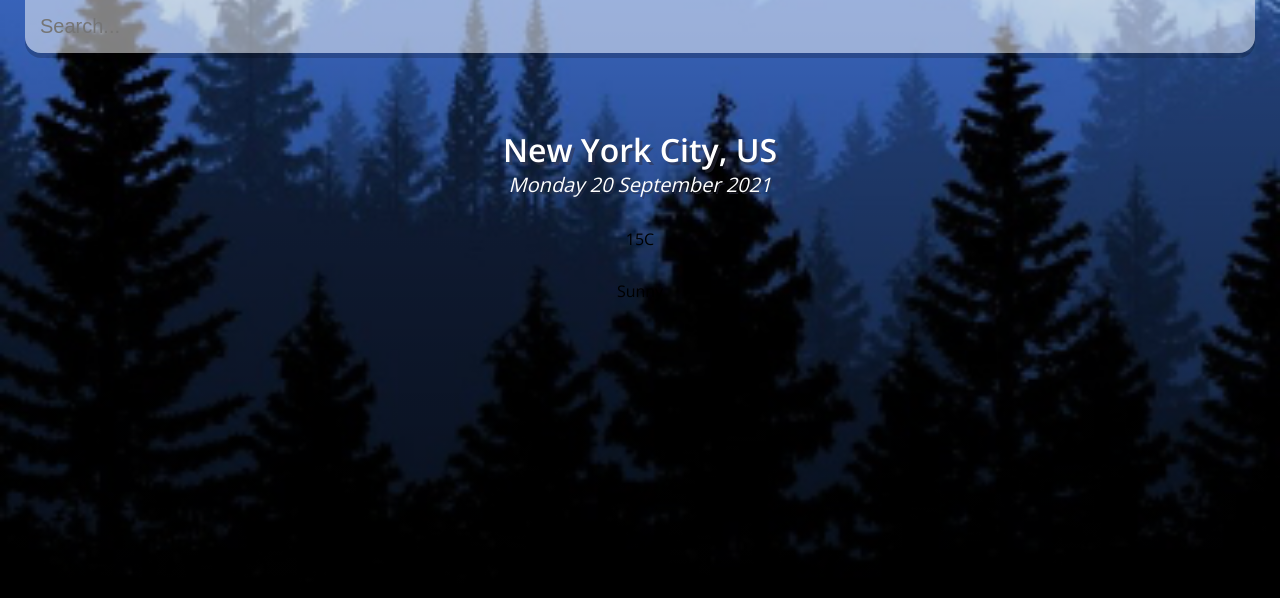
Repository: kate30980/weather-app-reactjs
Page: /
An editor plug-in stored every save of this project. The page is shown before and after the next save, followed by the edit.
The browser window is 1280 px wide. The pictures show the whole page.
The project was rebuilt for these pictures with package versions that can differ from the ones it lists, and the page was loaded fresh each time. Also part of the build but not shown: src/App.css.

Above is the page before, as saved 2021-09-20 15:36:33.

After the next save:
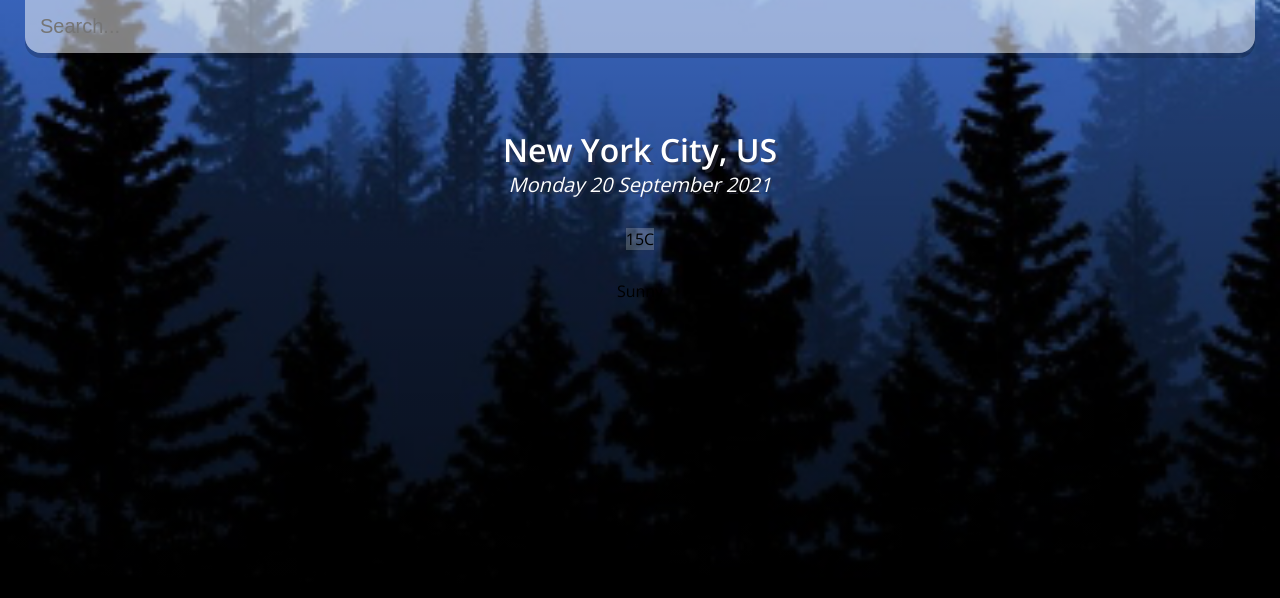
Saved 16 s later.
--- a/src/index.css
+++ b/src/index.css
@@ -73,4 +73,5 @@ main{
   position: relative;
   display: inline-block;
   margin: 30px auto;
+  background-color: rgba(255,255,255,0.2)
 }
